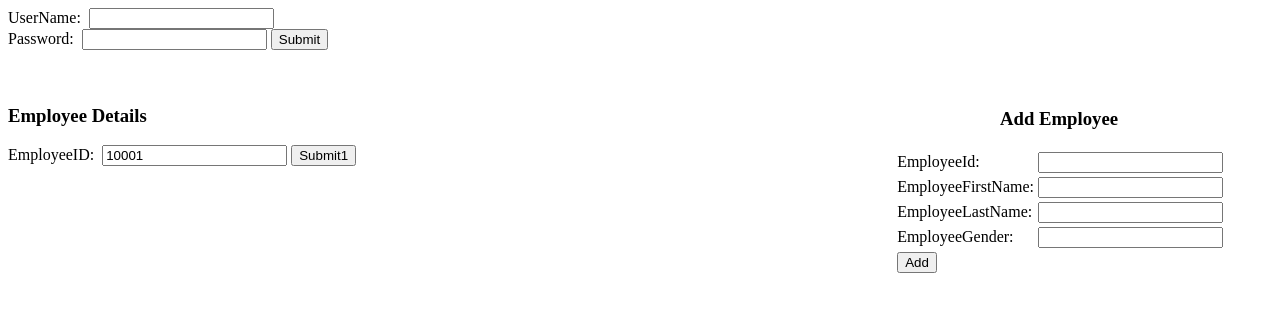
Repository: sandeep27y/MavenWebAppMultiModule-Servlets
Page: http://localhost/EmployeeApplication/LogIn.jsp
An editor plug-in stored every save of this project. The page is shown before and after the next save, followed by the edit.
The browser window is 1280 px wide. The pictures show the whole page.
The page is served by Tomcat 9.

Above is the page before, as saved 2017-06-10 20:10:24.

After the next save:
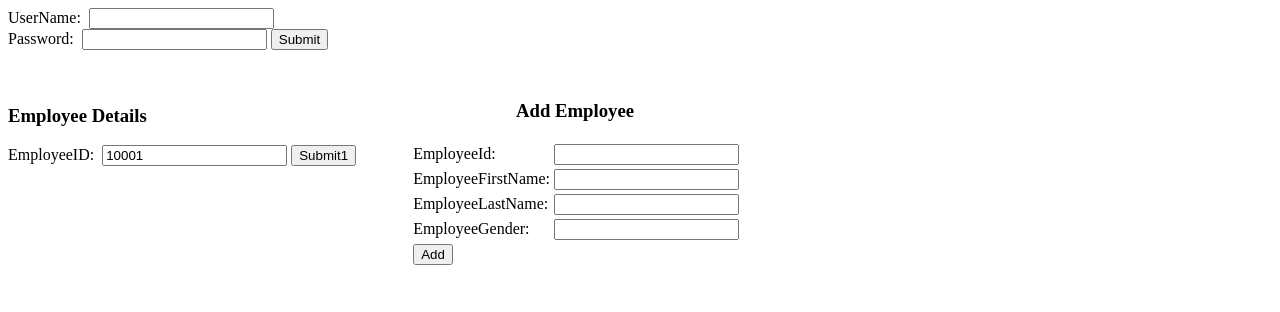
Saved 116 s later.
--- a/MavenWebAppMultiModule-Servlets/EmployeeMultiModule/EmployeeApplication/src/main/webapp/LogIn.jsp
+++ b/MavenWebAppMultiModule-Servlets/EmployeeMultiModule/EmployeeApplication/src/main/webapp/LogIn.jsp
@@ -20,7 +20,7 @@ EmployeeID: &nbsp;<input type="text" name="employeeId" value="10001">
 <input type="Submit" value="Submit1"><br>
 </form>
 </div>
-<div align="right" style="margin-top: -77px; margin-right: 46px">
+<div align="right" style="margin-top: -85px; margin-right: 530px">
 <form action="/EmployeeApplication/add" method="post">
 <h3 style="margin-right: 108px">Add Employee</h3>
 <table>
